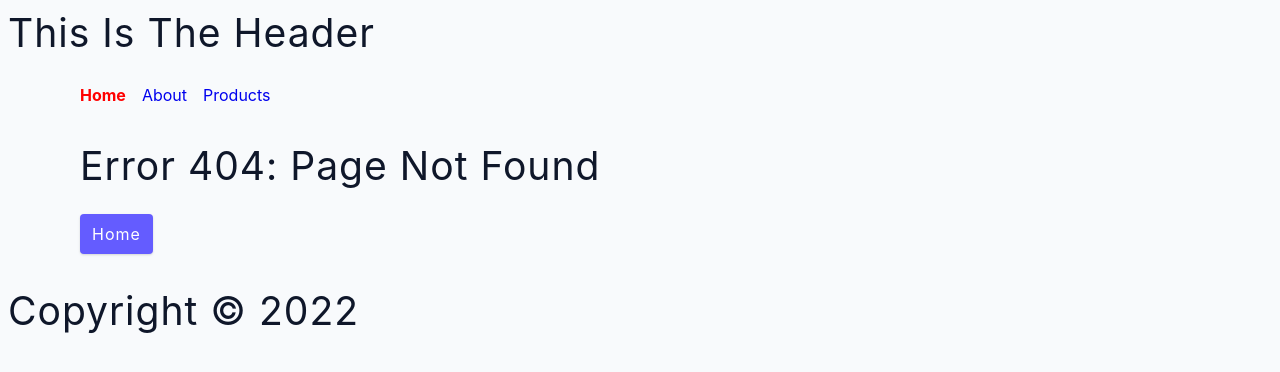
Repository: kennedyowusu/react-router-tutorial
Page: /login
An editor plug-in stored every save of this project. The page is shown before and after the next save, followed by the edit.
The browser window is 1280 px wide. The pictures show the whole page.
The project was rebuilt for these pictures with package versions that can differ from the ones it lists, and the page was loaded fresh each time. Also part of the build but not shown: src/pages/About.js, src/pages/Products.js, src/pages/Home.js, src/components/Navbar.js.

Above is the page before, as saved 2022-12-27 16:33:20.

After the next save:
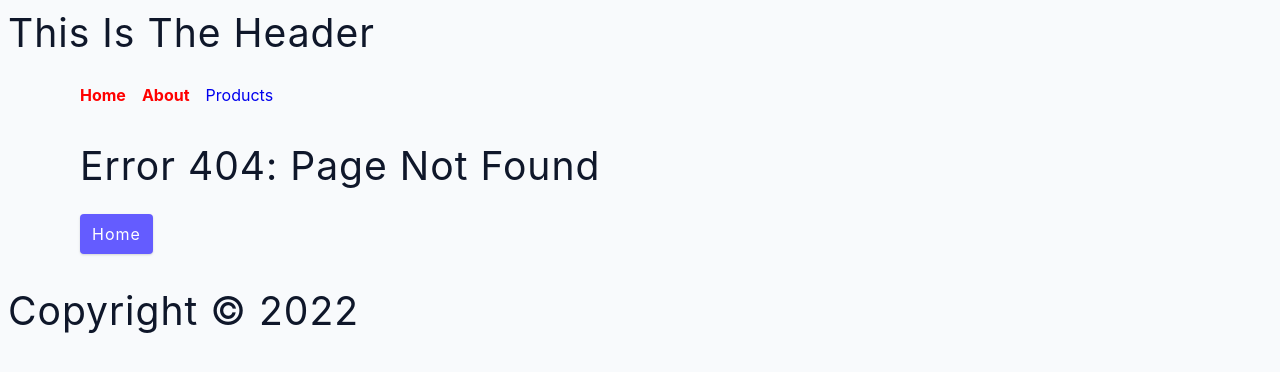
Saved 24 s later.
--- a/src/components/StyledNavbar.js
+++ b/src/components/StyledNavbar.js
@@ -10,7 +10,12 @@ const StyledNavbar = () => {
         fontWeight: isActive ? 'bold' : 'normal',
       }
      }}>Home</NavLink>
-     <NavLink to='/about'>About</NavLink>
+     <NavLink to='/about' style={(isActive) => {
+      return {
+        color: isActive ? 'red' : 'black',
+        fontWeight: isActive ? 'bold' : 'normal',
+      }
+     }}>About</NavLink>
      <NavLink to='/products'>Products</NavLink>
     </nav>
   )
